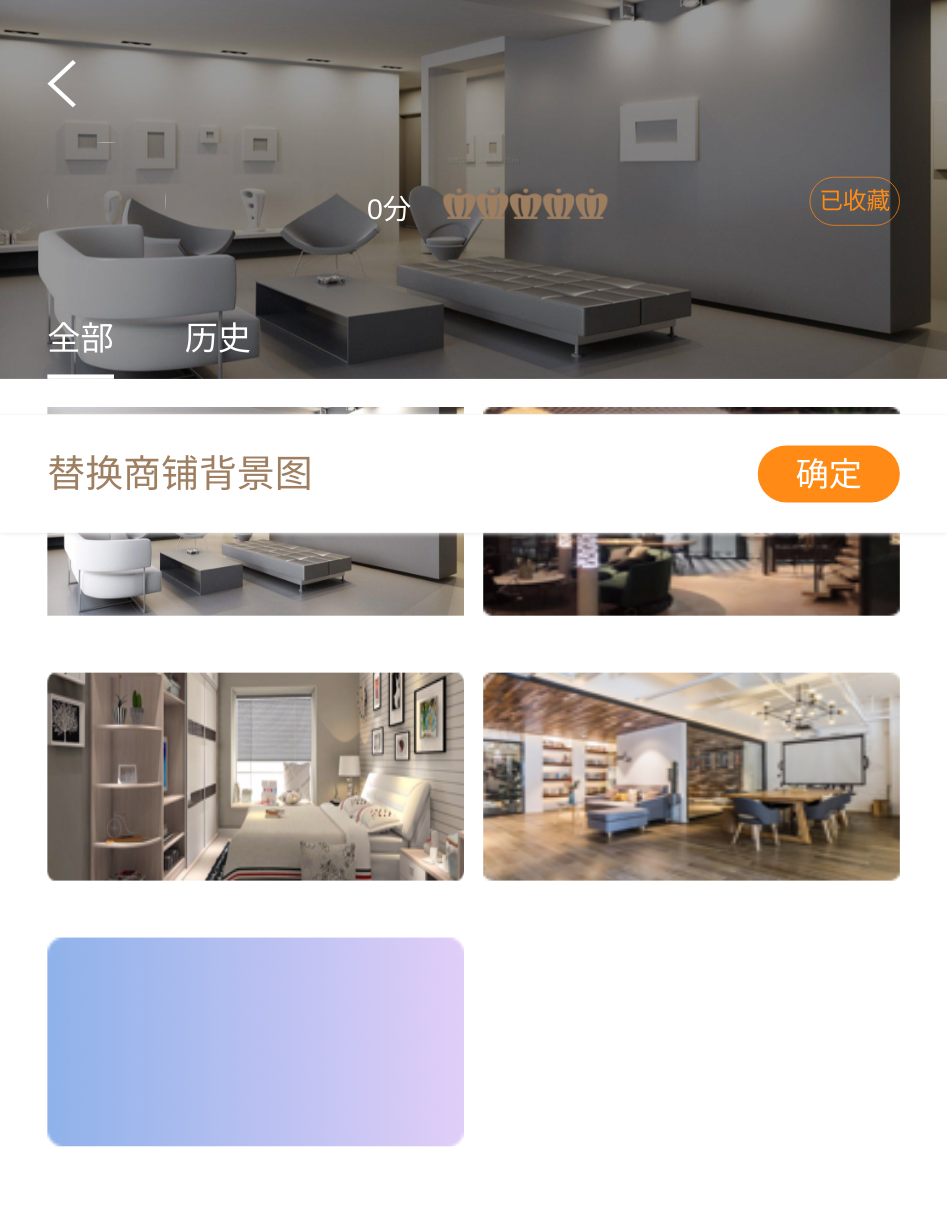
Repository: missing-star/rockBridge
Page: shop-set-bg.html
These files come from the project's save history. The page is drawn as it stood at one moment and after the next save; the edit follows.
The browser window is 1280 px wide. The pictures show the whole page, at 74% of full size.

Above is the page before, as saved 2019-05-16 18:00:20.

### shop-set-bg.html
<!DOCTYPE html>
<html lang="en">

<head>
    <meta charset="UTF-8">
    <meta name="viewport" content="width=device-width, initial-scale=1.0, user-scalable=no,maximum-scale=1.0">
    <meta http-equiv="X-UA-Compatible" content="ie=edge">
    <meta http-equiv="Expires" content="0">
    <meta http-equiv="Pragma" content="no-cache">
    <meta http-equiv="Cache-control" content="no-cache">
    <meta http-equiv="Cache" content="no-cache">
    <link rel="stylesheet" href="assets/mui/css/mui.min.css?v=1.2.6">
    <link rel="stylesheet" href="css/common.css?v=1.2.6">
    <link rel="stylesheet" href="css/shop-detail.css?v=1.2.6">
    <link rel="stylesheet" href="css/shop-set-bg.css">
    <title>叠石桥</title>
    <!--
        店铺详情
    -->
</head>

<body>
    <div id="app">
        <!--顶部搜索栏-->
        <header class="mui-bar mui-bar-nav" :style="currentBg">
            <div class="bg-black">
                <div class="search-group">
                    <i onclick="goBack()" class="mui-icon mui-icon-arrowleft"></i>
                </div>
                <div class="shop-info">
                    <img :src="shopInfo.images" alt="" class="shop-logo">
                    <div class="shop-title">
                        <p class="shop-name">{{shopInfo.title}}</p>
                        <p class="shop-level">
                            <span class="shop-score">{{score}}分</span>
                            <span class="shop-level-icon">
                                <img v-for="n in score" class="img-level" src="imgs/crown-active.png" alt="">
                                <img class="img-level" v-for="n in (5-score)" src="imgs/crown.png" alt="">
                            </span>
                        </p>
                    </div>
                    <button class="follow active">
                        已收藏
                    </button>
                </div>
                <ul class="tab-list">
                    <li class="tab-item active" data-tab-id="0">全部</li>
                    <li class="tab-item" data-tab-id="1">历史</li>
                </ul>
            </div>
        </header>
        <div class="mui-content">
            <div class="tab-content" :class="{active:showTab == 0}">
                <img :class="{active:currentPreview == index}" @click="previewBg(index)" v-for="index in bgList" :src="getBg(index)" class="preview-item">
            </div>
            <div class="tab-content goods" :class="{active:showTab == 1}">
                    <img v-for="index in bgHistory" :src="getBg(index)" class="preview-item">
            </div>
        </div>
        <!-- 联系商家 -->
        <div class="contact-business-wrapper">
            <p class="phone-number-wrapper">
                <span class="phone-number">替换商铺背景图</span>
            </p>
            <a href="javascript:;" @click="changeBg" class="contact-business-btn">确定</a>
        </div>
    </div>
    <script src="assets/vue/vue.min.js?v=1.2.6"></script>
    <script src="assets/jquery/jquery.min.js?v=1.2.6"></script>
    <script src="assets/mui/js/mui.min.js?v=1.2.6"></script>
    <script src="js/common.js?v=1.2.6"></script>
    <script src="js/shop-set-bg.js"></script>
</body>

</html>

### css/common.css
html,
body,
.mui-content {
    font-size: calc(100vw / 20);
    background: #ffffff;
}
*{
    word-break: break-all;
}
div.mui-content {
    padding: 1rem;
}

header.mui-bar.mui-bar-nav {
    background: #ffffff;
    -webkit-box-shadow: none;
            box-shadow: none;
}

nav.mui-bar.mui-bar-tab {
    background: #ffffff;
    -webkit-box-shadow: 0 0 6px 0 rgba(0, 0, 0, 0.15);
            box-shadow: 0 0 6px 0 rgba(0, 0, 0, 0.15);
}

nva.mui-bar-tab span.mui-tab-label {
    color: #9d7e60;
}

.mui-bar-tab .mui-tab-item.mui-active {
    color: #5f4831;
}

img.mui-icon.nav-bar-icon.active {
    display: inline;
}

img.mui-icon.nav-bar-icon {
    display: none;
}

p {
    margin: 0;
}

input[type=color],
input[type=date],
input[type=datetime-local],
input[type=datetime],
input[type=email],
input[type=month],
input[type=number],
input[type=password],
input[type=search],
input[type=tel],
input[type=text],
input[type=time],
input[type=url],
input[type=week],
select,
textarea {
    margin-bottom: 0;
    width: auto;
    height: auto;
    border: none;
    -webkit-box-flex: 1;
        -ms-flex: 1;
            flex: 1;
    font-size: 0.8rem;
}

input::-webkit-input-placeholder {
    color: #c2c2c2;
}

nav.mui-bar.mui-bar-tab a.mui-tab-item {
    -ms-touch-action: none;
        touch-action: none;
    height: 100%;
}

nav.mui-bar.mui-bar-tab {
    height: 3rem;
}

.mui-bar-tab .mui-tab-item .mui-icon {
    top: 3px;
    width: 1.2rem;
    height: 1.2rem;
    padding-top: 0;
    padding-bottom: 0;
    margin-bottom: 0.1rem;
}

.mui-bar-tab .mui-tab-item .mui-icon~.mui-tab-label {
    font-size: 0.5rem;
    line-height: 1rem;
}

.mui-bar-tab~.mui-content {
    padding-top: 2.5rem;
    padding-bottom: 3rem;
}

button.submit {
    background: #9d7e60;
    width: 100%;
    border: none;
    border-radius: 1rem;
    font-size: 1rem;
    line-height: 1rem;
    color: #fff;
    margin-top: 1rem;
    height: 2rem;
}

button.mui-btn.mui-btn-blue.mui-poppicker-btn-ok,
button.mui-btn.mui-btn-blue {
    color: #ff8b16;
    background: transparent;
    border: none;
    font-size: 1rem;
}

.mui-poppicker-header,
.mui-dtpicker-header {
    border-radius: 0.3rem 0.3rem 0 0;
}

button.mui-btn.mui-poppicker-btn-cancel,
.mui-dtpicker-header button {
    color: #aaaaaa;
    border: none;
    background: transparent;
    font-size: 1rem;
}

button.mui-btn.mui-poppicker-btn-cancel>img,
.mui-dtpicker-header button>img {
    width: 1rem;
}

.mui-picker-inner,
.mui-picker {
    background: #fcfcfc;
    -webkit-mask-box-image: none;
    border-radius: 0 0 0.3rem 0.3rem;
}

.mui-poppicker-body {
    border: none;
    border-radius: 0 0 0.3rem 0.3rem;
}

button.mui-btn {
    color: #aaaaaa;
    border-color: #aaaaaa;
}

.mui-dtpicker-header {
    background: #ffffff;
}

.mui-dtpicker-title h5 {
    display: none;
}

span.mui-popup-button.mui-popup-button-bold {
    color: #FF8B16;
}

span.mui-popup-button {
    color: #aaaaaa;
}

[v-cloak] {
    display: none !important;
}

.mui-poppicker.mui-active,
.mui-dtpicker.mui-active {
    margin: 0.5rem;
    width: calc(100% - 1rem);
    border-radius: 0.3rem;
}

.popicker-title,
.dt-popicker-title {
    -webkit-box-flex: 1;
        -ms-flex: 1;
            flex: 1;
    text-align: center;
    font-size: 1rem;
    color: #000000;
}

.mui-poppicker-header,
.mui-dtpicker-header {
    display: -webkit-box;
    display: -ms-flexbox;
    display: flex;
    -webkit-box-align: center;
        -ms-flex-align: center;
            align-items: center;
    -webkit-box-pack: justify;
        -ms-flex-pack: justify;
            justify-content: space-between;
    background: #eeeeee;
}

.mui-pciker-list li {
    color: #b19c88;
}

.mui-pciker-list li.highlight {
    color: #5f4831;
}

.mui-pciker-rule-ft {
    z-index: 2;
    border-top: solid 1px #ced7de;
    border-bottom: solid 1px #ced7de;
}


input::-webkit-outer-spin-button,
input::-webkit-inner-spin-button {

    -webkit-appearance: none !important;
}

input[type="number"] {
    -moz-appearance: textfield;
}
.ellipsis{
    white-space: nowrap;
    overflow: hidden;
    text-overflow: ellipsis;
}
/* 联系商家 */
.contact-business-wrapper {
    position: fixed;
    bottom: 0;
    width: 100%;
    height: 2.5rem;
    background: #FFFFFF;
    border-top: 1px solid #f6f6f6;
    -webkit-box-shadow: 0 2px 6px 0 #EBEBEB;
            box-shadow: 0 2px 6px 0 #EBEBEB;
    display: -webkit-box;
    display: -ms-flexbox;
    display: flex;
    -webkit-box-align: center;
        -ms-flex-align: center;
            align-items: center;
    -webkit-box-pack: justify;
        -ms-flex-pack: justify;
            justify-content: space-between;
    padding: 0 1rem;
}
span.phone-number {
    color: #9e7f62;
    font-size: 0.8rem;
}
a.contact-business-btn {
    background: #ff8a16;
    color: #fff;
    font-size: 0.7rem;
    border-radius: 1rem;
    padding: 0.1rem 0.8rem;
    line-height: 1rem;
}
p.phone-number-wrapper {
    display: -webkit-box;
    display: -ms-flexbox;
    display: flex;
    -webkit-box-align: center;
        -ms-flex-align: center;
            align-items: center;
    -webkit-box-pack: justify;
        -ms-flex-pack: justify;
            justify-content: space-between;
    min-width: 28%;
}
img.phone-icon {
    width: 1rem;
}

### css/shop-detail.css
header.mui-bar.mui-bar-nav {
    height: 8rem;
    background-repeat: no-repeat;
    background-size: cover;
    padding: 0;
}

.mui-bar-nav.mui-bar .mui-icon {
    margin-left: -0.5rem;
    padding: 0;
    font-size: 1.6rem;
    color: #FFFFFF;
}
input.search-input {
    background-image: url(../imgs/search.png);
    background-repeat: no-repeat;
    background-position: 0.5rem;
    background-size: 0.8rem;
    margin: 0;
    margin: 0 1rem;
    -webkit-box-shadow: 0 0 6px 0 rgba(0,0,0,0.15);
            box-shadow: 0 0 6px 0 rgba(0,0,0,0.15);
    border-radius: 1rem;
    padding-left: 1.5rem;
    font-size: 0.8rem;
    height: 100%;
    text-align: center;
}
.notice-container {
    position: relative;
    width: 2.5rem;
    display: -webkit-box;
    display: -ms-flexbox;
    display: flex;
    -webkit-box-align: center;
        -ms-flex-align: center;
            align-items: center;
}

img.notice-icon {
    width: 0.5rem;
}
.search-group {
    width: 100%;
    display: -webkit-box;
    display: -ms-flexbox;
    display: flex;
    -webkit-box-align: center;
        -ms-flex-align: center;
            align-items: center;
    -webkit-box-pack: justify;
        -ms-flex-pack: justify;
            justify-content: space-between;
    height: 1.5rem;
}
.bg-black {
    width: 100%;
    height: 100%;
    background: rgba(0,0,0,0.4);
    padding: 1rem;
    position: relative;
}
.shop-info {
    display: -webkit-box;
    display: -ms-flexbox;
    display: flex;
    -webkit-box-align: center;
        -ms-flex-align: center;
            align-items: center;
    height: 3.5rem;
    -webkit-box-pack: justify;
        -ms-flex-pack: justify;
            justify-content: space-between;
}
img.shop-logo {
    width: 2.5rem;
    height: 2.5rem;
    border-radius: 50%;
}
img.img-level {
    width: 0.7rem;
}
p.shop-name {
    color: #fff;
    font-size: 0.8rem;
    line-height: 0.8rem;
}
p.shop-level {
    color: #fff;
    font-size: 0.6rem;
    margin-top: 0.2rem;
    line-height: 0.6rem;
}
button.follow {
    background: transparent;
    border-radius: 1rem;
    color: #fff;
    font-size: 0.5rem;
    line-height: 0.8rem;
}
span.shop-level-icon {
    margin-left: 0.5rem;
}
ul.tab-list {
    margin: 0;
    padding: 0;
    list-style: none;
    color: #fff;
    display: -webkit-box;
    display: -ms-flexbox;
    display: flex;
    -webkit-box-align: center;
        -ms-flex-align: center;
            align-items: center;
    height: 1.2rem;
    position: absolute;
    bottom: 0;
}
li.tab-item {
    margin-right: 1.5rem;
    position: relative;
    height: 100%;
    line-height: 0.7rem;
    font-size: 0.7rem;
}
li.tab-item.active:after{
    content: '';
    width:100%;
    background: #fff;
    height: 0.1rem;
    position: absolute;
    bottom: 0;
    left: 0;
}
.slider, .slider-business {
    white-space: nowrap;
    overflow: hidden;
    overflow-x: scroll;
}
.slider-business-item {
    display: inline-block;
    width: 5rem;
    border-radius: 6px;
    margin-right: 10px;
    text-align: center;
}
.slider-business::-webkit-scrollbar{
    width: 0;
    height: 0;
}
.slider-business-item img {
    width: 100%;
    border-radius: 6px;
    height: 5rem;
}
p.business-item-title {
    margin-top: 0.5rem;
    font-size: 0.8rem;
    color: #333;
    line-height: 0.8rem;
    margin-bottom: 0.5rem;
}
p.business-item-content {
    font-size: 0.6rem;
    line-height: 0.6rem;
    color:#fb8433;
}
.mui-bar-nav~.mui-content{
    padding-top: 8rem;
}
p.business-top-title,p.class-title {
    font-size: 0.8rem;
    padding: 1rem 0;
    color: #000;
}
div.have-good-goods {
    display: -webkit-box;
    display: -ms-flexbox;
    display: flex;
    -webkit-box-align: center;
        -ms-flex-align: center;
            align-items: center;
    -ms-flex-wrap: wrap;
        flex-wrap: wrap;
    -webkit-box-pack: justify;
        -ms-flex-pack: justify;
            justify-content: space-between;
}
.goods-item {
    width: 48%;
    margin-bottom: 1rem;
}
img.goods-img {
    width: 100%;
    height: calc(48vw - 1rem);
    border-radius: 0.2rem;
}
.goods-info>p:first-child {
    margin: 0.2rem 0;
    font-size: 0.6rem;
    line-height: 0.8rem;
}
.goods-info>p {
    font-size: 0.8rem;
    line-height: 0.8rem;
    display: -webkit-box;
    display: -ms-flexbox;
    display: flex;
    -webkit-box-align: center;
        -ms-flex-align: center;
            align-items: center;
    -webkit-box-pack: justify;
        -ms-flex-pack: justify;
            justify-content: space-between;
}
span.eye-container {
    display: -webkit-inline-box;
    display: -ms-inline-flexbox;
    display: inline-flex;
    -webkit-box-align: center;
        -ms-flex-align: center;
            align-items: center;
}
img.view-num {
    width: 1rem;
    margin-right: 0.2rem;
}
button.reserve {
    background: #9d7e60;
    border: none;
    border-radius: 1rem;
    color: #fff;
    padding: 0 0.3rem;
    font-size: 0.6rem;
    line-height: 1rem;
}
.bottom-line {
    width: 100%;
    color: #aaa;
    font-size: 0.8rem;
    text-align: center;
    height: 2rem;
    margin-bottom: 0.5rem;
}
button.follow.active {
    color: #ff8b16;
    border-color: #ff8b16;
}

/**搜索页样式*/
div.search-page.active{
    -webkit-animation: slideIn 0.2s ease;
            animation: slideIn 0.2s ease;
    -webkit-animation-fill-mode: forwards;
            animation-fill-mode: forwards;
}
@-webkit-keyframes slideIn{
    from{
        left:100%
    }
    to{
        left:0
    }
}
@keyframes slideIn{
    from{
        left:100%
    }
    to{
        left:0
    }
}
div.search-page {
    position: fixed;
    left: 100%;
    top: 0;
    width: 100%;
    height: 100%;
    z-index: 99;
    background: #fff;
}
div.search-page.slide-out{
    -webkit-animation: slideOut 0.2s ease;
            animation: slideOut 0.2s ease;
    -webkit-animation-fill-mode: forwards;
            animation-fill-mode: forwards;
}
@-webkit-keyframes slideOut{
    from{
        left:0
    }
    to{
        left:100%
    }
}
@keyframes slideOut{
    from{
        left:0
    }
    to{
        left:100%
    }
}
div.search-page>header {
    padding: 15px;
    display: -webkit-box;
    display: -ms-flexbox;
    display: flex;
    -webkit-box-align: center;
        -ms-flex-align: center;
            align-items: center;
    -webkit-box-pack: justify;
        -ms-flex-pack: justify;
            justify-content: space-between;
}
img.icon-back {
    width: 0.6rem;
}
span.cancel-search {
    white-space: nowrap;
    color: #333;
    padding: 0.5rem 0;
    font-size: 0.8rem;
}
p.business-detail>span:first-child{
	font-size: 0.8rem;
	line-height: 0.8rem;
    margin-bottom: 0.2rem;
    display: -webkit-box;
    display: -ms-flexbox;
    display: flex;
    -webkit-box-align: center;
        -ms-flex-align: center;
            align-items: center;
}

p.business-detail>span:last-child{
	font-size: 0.6rem;
	line-height: 0.6rem;
}

ul.tab-bar {
    margin: 0;
    list-style: none;
    padding-left: 15px;
}

li.tab-bar-item{
    display: inline-block;
    text-align: center;
    color:#888888;
    font-size: 0.8rem;
    width: 3rem;
    height: 1.5rem;
    position: relative;
    margin-right: 1rem;
    line-height: 0.9rem;
}
li.tab-bar-item.active{
    color:#5e452d;
}
li.tab-bar-item.active:after {
    content: '';
    width: 100%;
    height: 3px;
    position: absolute;
    bottom: 0;
    left: 0;
    background: #5e452d;
}
header.history-header,header.hot-header {
    margin-top: 1rem;
    display: -webkit-box;
    display: -ms-flexbox;
    display: flex;
    -webkit-box-align: center;
        -ms-flex-align: center;
            align-items: center;
    -webkit-box-pack: justify;
        -ms-flex-pack: justify;
            justify-content: space-between;
    padding: 0 15px;
}
p.search-history-title,p.search-hot-title {
    font-size: 0.7rem;
}
img.icon-delete {
    width: 0.8rem;
}
ul.history-list ,ul.hot-list{
    list-style: none;
    margin-top: 1rem;
    padding: 0 15px;
}
li.list-item {
    display: inline-block;
    padding: 0.2rem 1rem;
    background: #f6f6f6;
    border-radius: 100px;
    color:#666666;
    font-size: 0.6rem;
    margin-right: 0.6rem;
    margin-bottom: 0.4rem;
}
.input-group {
    position: relative;
    -webkit-box-flex: 1;
        -ms-flex: 1;
            flex: 1;
    margin: 0 1rem;
    height: 1.5rem;
}
img.clear-icon {
    position: absolute;
    top: 0.3rem;
    right: 0.4rem;
    width: 0.8rem;
}
input.search-page-input {
    height: 100%;
    background: url(../imgs/search.png) no-repeat;
    background-position: 0.2rem;
    background-size: 0.8rem;
    margin: 0;
    -webkit-box-shadow: 0 0 6px 0 rgba(0,0,0,0.15);
            box-shadow: 0 0 6px 0 rgba(0,0,0,0.15);
    border-radius: 1rem;
    padding-left: 1.3rem;
    font-size: 0.6rem;
    width: 100%;
}
p.name {
    color: #333333;
    text-align: center;
    font-size: 0.8rem;
    line-height: 1rem;
}
p.price {
    color: #ff4404;
    text-align: center;
    font-size: 0.6rem;
    line-height: 1rem;
}
.tab-content {
    display: none;
}
.tab-content.active {
    display: block;
}
.tab-content.goods.active {
    padding-top: 1rem;
}
.comments-score {
    display: -webkit-box;
    display: -ms-flexbox;
    display: flex;
    -webkit-box-align: center;
        -ms-flex-align: center;
            align-items: center;
    -webkit-box-pack: justify;
        -ms-flex-pack: justify;
            justify-content: space-between;
}
img.comments-icon {
    width: 0.75rem;
    margin: 0 0.1rem;
}
.score-show,.star-container,.good-percent {
    -webkit-box-shadow: 0px 2px 6px 0px rgba(0,0,0,0.15);
            box-shadow: 0px 2px 6px 0px rgba(0,0,0,0.15);
    display: -webkit-box;
    display: -ms-flexbox;
    display: flex;
    -webkit-box-align: center;
        -ms-flex-align: center;
            align-items: center;
    -webkit-box-pack: center;
        -ms-flex-pack: center;
            justify-content: center;
    -webkit-box-orient: vertical;
    -webkit-box-direction: normal;
        -ms-flex-direction: column;
            flex-direction: column;
    padding: 0.5rem;
    border-radius: 5px;
    min-height: 3.7rem;
}
.score-show>p.score,.good-percent>p.number {
    color: #ff8b16;
    font-size: 1.2rem;
    line-height: 1.2rem;
}
.score-show>p.title,.good-percent>p.title {
    color: #333333;
    font-size: 0.7rem;
    line-height: 1rem;
    margin-top: 0.2rem;
}
p.score-star {
    margin-top: 0.02rem;
}
.star-container {
    -webkit-box-flex: 1;
        -ms-flex: 1;
            flex: 1;
    margin: 0 0.3rem;
}
.star-container>p {
    font-size: 0.7rem;
    color: #333333;
}
img.user-logo {
    width: 2.5rem;
    height: 2.5rem;
    border-radius: 50%;
}
ul.comments-list {
    list-style: none;
    padding: 0;
}
.user-info {
    display: -webkit-box;
    display: -ms-flexbox;
    display: flex;
    -webkit-box-align: center;
        -ms-flex-align: center;
            align-items: center;
    -webkit-box-pack: justify;
        -ms-flex-pack: justify;
            justify-content: space-between;
    border-bottom: 1px solid #eeeeee;
    padding-bottom: 0.2rem;
}
.left-part {
    display: -webkit-box;
    display: -ms-flexbox;
    display: flex;
    -webkit-box-align: center;
        -ms-flex-align: center;
            align-items: center;
    -webkit-box-pack: justify;
        -ms-flex-pack: justify;
            justify-content: space-between;
}
p.user-nickname {
    display: -webkit-box;
    display: -ms-flexbox;
    display: flex;
    -webkit-box-orient: vertical;
    -webkit-box-direction: normal;
        -ms-flex-direction: column;
            flex-direction: column;
    padding-left: 0.5rem;
}
img.like-icon {
    width: 0.6rem;
}
p.like {
    font-size: 0.75rem;
    line-height: 1rem;
    color: #333333;
    display: -webkit-box;
    display: -ms-flexbox;
    display: flex;
    -webkit-box-align: center;
        -ms-flex-align: center;
            align-items: center;
    -webkit-box-pack: end;
        -ms-flex-pack: end;
            justify-content: flex-end;
}
span.username {
    color: #333333;
    font-size: 0.8rem;
    line-height: 1rem;
}
span.score {
    color: #aaaaaa;
    font-size: 0.6rem;
    line-height: 1rem;
}
p.show-date {
    color: #aaaaaa;
    font-size: 0.75rem;
    line-height: 1rem;
}
span.like-num {
    padding-left: 0.2rem;
    padding-top: 0.2rem;
}
.comments-content {
    padding-top: 0.5rem;
    font-size: 0.7rem;
    line-height: 1rem;
    color: #333333;
}
.shop-reply {
    background: #eeeeee;
    font-size: 0.7rem;
    margin-top: 0.5rem;
    line-height: 1rem;
    border-radius: 0.2rem;
    padding: 0.2rem;
    color:#aaaaaa;
}
li.comments-item{
    position: relative;
    margin-bottom: 2rem;
}
li.comments-item:after {
    content: '';
    position: absolute;
    background: #f6f6f6;
    height: 4px;
    width: 100%;
    bottom: -1rem;
}
button.comments-btn {
    position: fixed;
    bottom: 0;
    left: 0;
    width: 100vw;
    font-size: 0.9rem;
    line-height: 1.2rem;
    border: none;
    background: #9d7e60;
    border-radius: 0px;
    color: #ffffff;
    padding: 0.5rem;
}
.show-imgs {
    display: -webkit-box;
    display: -ms-flexbox;
    display: flex;
    -webkit-box-align: center;
        -ms-flex-align: center;
            align-items: center;
    margin-top: 0.5rem;
}
img.show-img-item {
    width: 30%;
    margin: 0 1%;
    height: 5rem;
    border-radius: 0.2rem;
}

### css/shop-set-bg.css
img.preview-item {
    width: 44vw;
    height: 22vw;
    margin: 3vw 0;
}
.tab-content.active {
    display: flex;
    align-items: center;
    justify-content: space-between;
    flex-wrap: wrap;
}

Loaded but not shown: assets/mui/css/mui.min.css (library); assets/vue/vue.min.js (library); assets/jquery/jquery.min.js (library); assets/mui/js/mui.min.js (library); js/common.js (224 lines, source omitted); js/shop-set-bg.js (81 lines, source omitted)

After the next save:
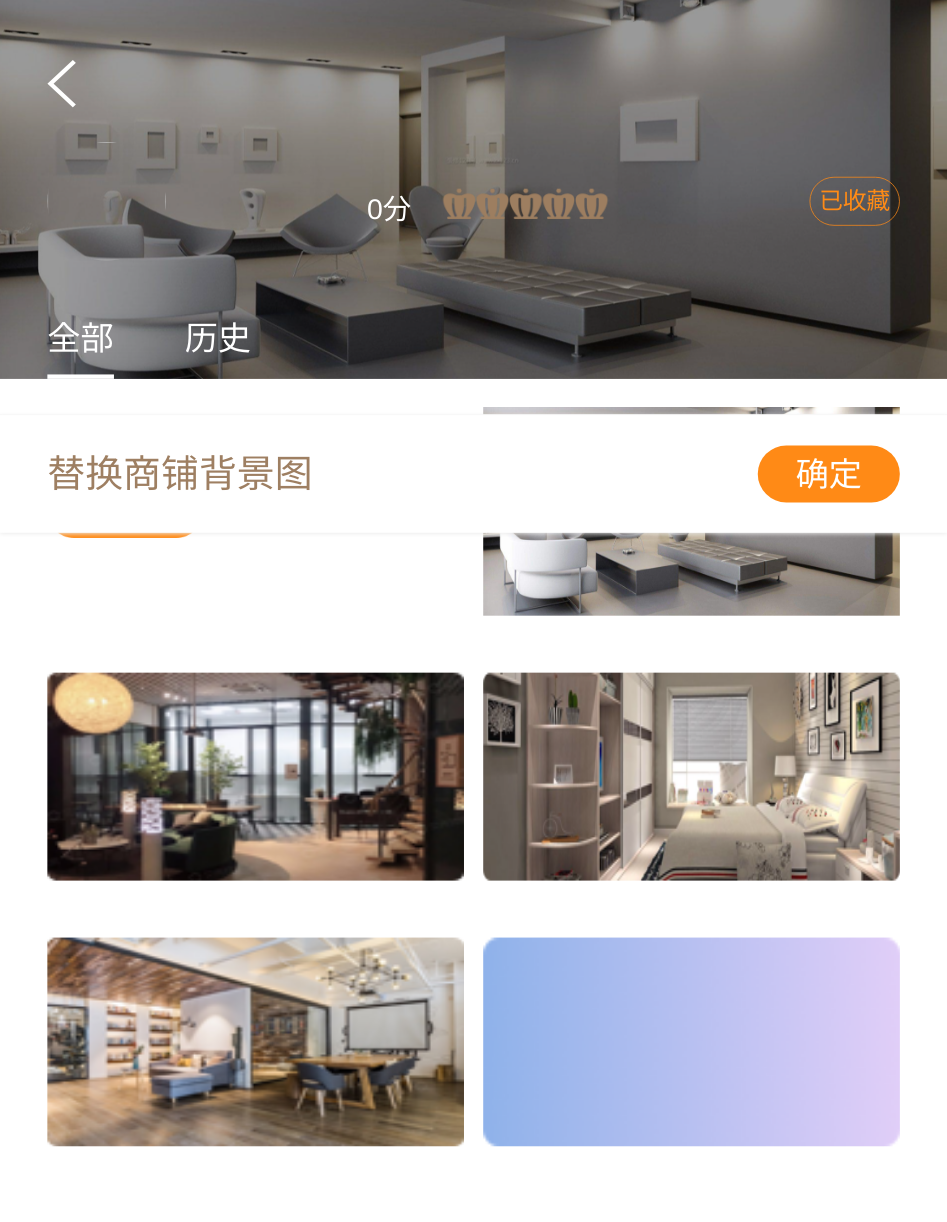
Saved 84 s later.
--- a/shop-set-bg.html
+++ b/shop-set-bg.html
@@ -51,6 +51,9 @@
         </header>
         <div class="mui-content">
             <div class="tab-content" :class="{active:showTab == 0}">
+                <div class="preview-img-wrapper">
+                    <img src="imgs/preview.png" class="preview-icon">
+                </div>
                 <img :class="{active:currentPreview == index}" @click="previewBg(index)" v-for="index in bgList" :src="getBg(index)" class="preview-item">
             </div>
             <div class="tab-content goods" :class="{active:showTab == 1}">
